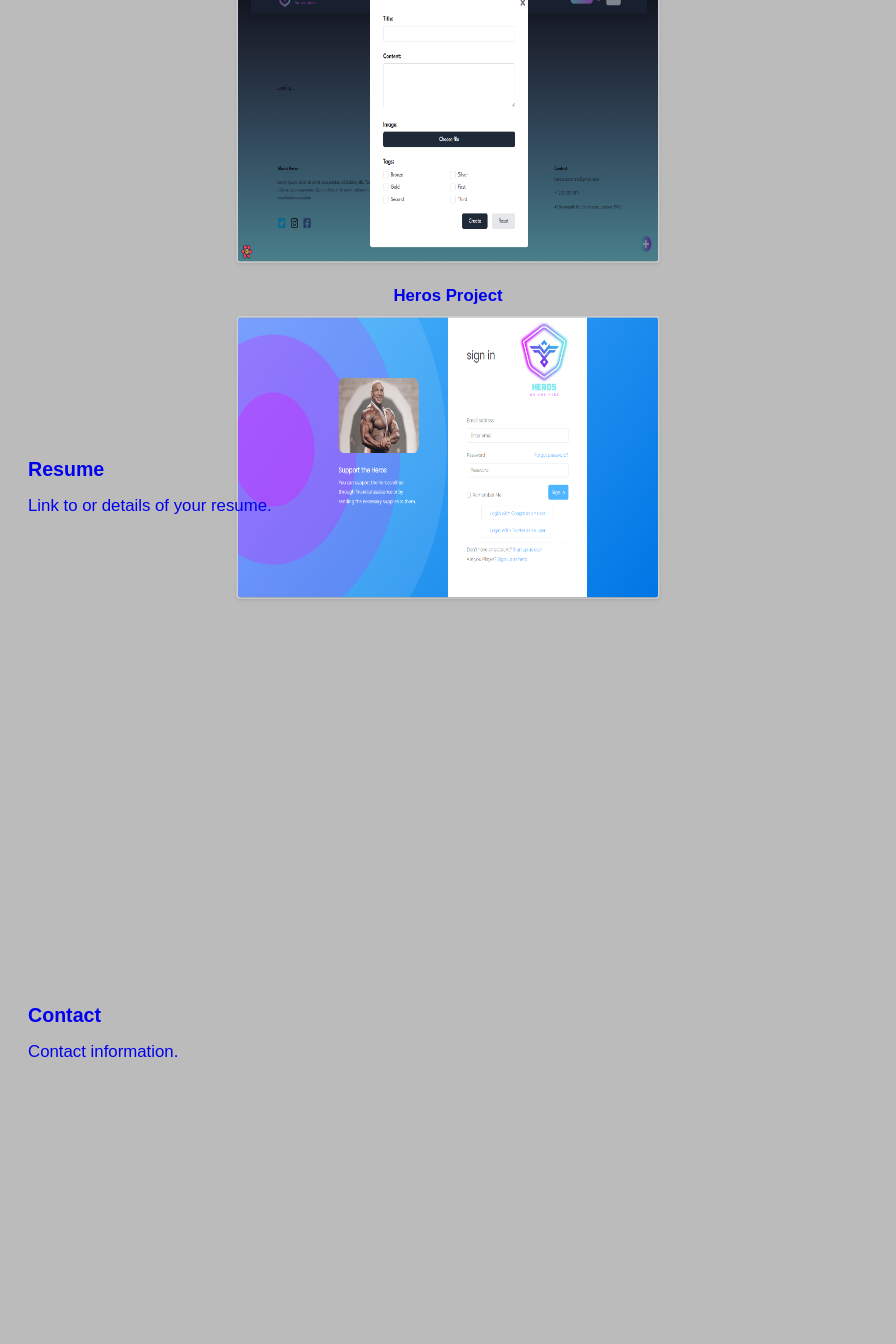
Repository: Salah-Wael/Salah-EL-Din-Portfolio
Page: index.html
These files come from the project's save history. The page is drawn as it stood at one moment and after a run of saves; the edit follows.
The browser window is 1280 px wide. The pictures show the part of the page from y = 1049 to 2969 px (the page is 3237 px tall), at 70% of full size.

Above is the page before, as saved 2024-07-13 05:50:04.

### index.html
<!DOCTYPE html>
<html lang="en">
<head>
  <meta charset="UTF-8">
  <meta name="viewport" content="width=device-width, initial-scale=1.0">
  <title>Salah EL-Din Portfolio</title>
  <link rel="stylesheet" href="./style.css">
  <script>
    document.addEventListener('DOMContentLoaded', (event) => {
      const images = [
        'img/projects/heros registration.png',
        'img/projects/heros create news.png',
        'img/projects/heros payment.png'
      ];

      let currentIndex = 0;
      const mainImage = document.getElementById('main-image');

      function swapImage() {
        currentIndex = (currentIndex + 1) % images.length;
        mainImage.src = images[currentIndex];
      }

      setInterval(swapImage, 3000); // Change image every 3 seconds
    });
  </script>
</head>
<body>
  <nav>
    <h1>Salah El-Din</h1>
    <ul>
      <li><a href="#about">About</a></li>
      <li><a href="#projects">Projects</a></li>
      <li><a href="#resume">Resume</a></li>
      <li><a href="#contact">Contact</a></li>
    </ul>
  </nav>
  <section id="about">
    <div class="about">
      <div>
        <h2>About Me</h2>
        <p>
          Hi there! 👋<br>
          My name is Salah EL-Din <br> I'm a <span>Back End Web Developer.</span>
          I'm a fresh graduate from the Computer Science and Artificial Intelligence Faculty. My main interest lies in back-end development using PHP and the Laravel framework. I also hold a certificate from the Information Technology Institute (ITI) in Back-end development using PHP and Laravel. I'm eager to gain practical experience in this field.
          To improve my skills, I actively participated in and presented at student activities.
          In October 2022, I joined to MSP Tech Club - Al Azhar and was accepted into the Back-End track, specializing in PHP and Laravel. I participated with them in the Back-end Development - Tri Era - MSP'23 as an instructor for the first session. In this session, I covered an introduction to front-end and back-end development as well as web hosting. Additionally, I explained some basics of PHP programming, such as (variables, data types, operators, arrays, strings, and conditions).
          In the following season, specifically in November 2023, I expanded my horizons by joining the MSP Flutter Committee. This new venture immersed me in the world of mobile applications, where I gained some information and experience about Dart and the Flutter framework. Concurrently, in December 2023, I became a member of the Google Developer Student Clubs (GDSC), further strengthening my front-end skills. With GDSC, I learned invaluable tricks and insights that have significantly enhanced my technical repertoire.
          Currently, I am looking for a job for 6 months before I apply for military service in January.
        </p>
      </div>
      <div>
        <img src="./img/Salah EL-Din Wael2.jpg" alt="Salah EL-Din">
      </div>
    </div>
  </section>
  <section id="projects">
    <!-- <h2>Projects</h2> -->

    <!-- <div class="projects-container"> -->
      <!-- <div class="project">
        <a href="https://sala7.great-site.net/" target="_blank">
          <img src="img/projects/ecommerce home.png" alt="Sala7 E_commerce">
          <img src="img/projects/products.png" alt="Sala7 E_commerce">
          <p>E_commerce Project</p>
        </a>
      </div>
      <div class="project">
        <a href="https://heros.rf.gd/" target="_blank">
          <img src="img/projects/heros registration.png" alt="heros login">
          <img src="img/projects/heros create news.png" alt="heros create news">
          <img src="img/projects/heros payment.png" alt="heros payment">
          <p>Heros Project</p>
        </a>
      </div> -->



      <!-- <h2>Projects</h2>
    <div class="projects-container">
      <div class="project">
        <h3>Heros Project</h3>
        <div class="image-display">
          <img id="main-image" src="img/projects/heros registration.png" alt="heros registration">
        </div>
        <div class="thumbnails">
          <img src="img/projects/heros registration.png" alt="heros registration" onclick="swapImage('img/projects/heros registration.png')">
          <img src="img/projects/heros create news.png" alt="heros create news" onclick="swapImage('img/projects/heros create news.png')">
          <img src="img/projects/heros payment.png" alt="heros payment" onclick="swapImage('img/projects/heros payment.png')">
        </div>
      </div>
    </div>
    </div> -->



    <h2>Projects</h2>
    <div class="projects-container">
      <a href="https://sala7.great-site.net/" target="_blank">
      <div class="project">
        <h2>Heros Project</h2>
        <div class="image-display">
          <img id="main-image" src="img/projects/heros registration.png" alt="heros registration">
        </div>
      </div>
    </div>
    <div class="projects-container">
      <div class="project">
        <h2>Heros Project</h2>
        <div class="image-display">
          <img id="main-image" src="img/projects/heros registration.png" alt="heros registration">
        </div>
      </div>
    </div>
  </section>
  <section id="resume">
    <h2>Resume</h2>
    <p>Link to or details of your resume.</p>
  </section>
  <section id="contact">
    <h2>Contact</h2>
    <p>Contact information.</p>
  </section>
</body>
</html>

### style.css
/* Reset some basic styles */
body, h1, h2, p, ul, li, a {
  margin: 0;
  padding: 0;
  list-style: none;
  text-decoration: none;
  font-family: Arial, sans-serif;
}

/* General body styling */
body {
  font-family: Arial, sans-serif;
  line-height: 1.6;
  background-color: #bbb;
}

/* Styling for navigation bar */
nav {
  background-color: #333;
  color: white;
  display: flex;
  justify-content: space-between;
  align-items: center;
  padding: 10px 20px;
}

nav h1 {
  font-size: 24px;
}

nav ul {
  display: flex;
  justify-content: center;
  width: 90%;
  gap: 15px;
}

nav ul li {
  list-style: none;
}

nav ul li a {
  color: white;
  text-decoration: none;
  padding: 5px 10px;
}

nav ul li a:hover {
  background-color: #575757;
  border-radius: 5px;
}

/* Section styling */
section {
  padding: 20px;
  margin: 20px;
  /* width: 100%; */
  height: 100vh;
}

section h2 {
  font-size: 28px;
  margin-bottom: 10px;
}

section p {
  font-size: 24px;
}

.about{
  display: flex;
  justify-content: space-between;
  align-items: center;
  margin: 20px;

}

.about div p{
  width: 75%;
  font-size: 20px;
  text-align: justify;
}
.about div img{
  width: 300px;
  height: 300px;
  border-radius: 50%;
}

/* Projects section styling */
.projects-container {
  display: flex;
  gap: 20px;
  flex-wrap: wrap;
  justify-content: center;
}

.project {
  text-align: center;
}

.project h2 {
  font-size: 24px;
  margin-bottom: 10px;
}

.image-display {
  margin-bottom: 20px;
}

.image-display img {
  width: 600px;
  height: 400px;
  border: 2px solid #ccc;
  border-radius: 5px;
  box-shadow: 0 2px 5px rgba(0, 0, 0, 0.1);
}

After the next 2 saves:
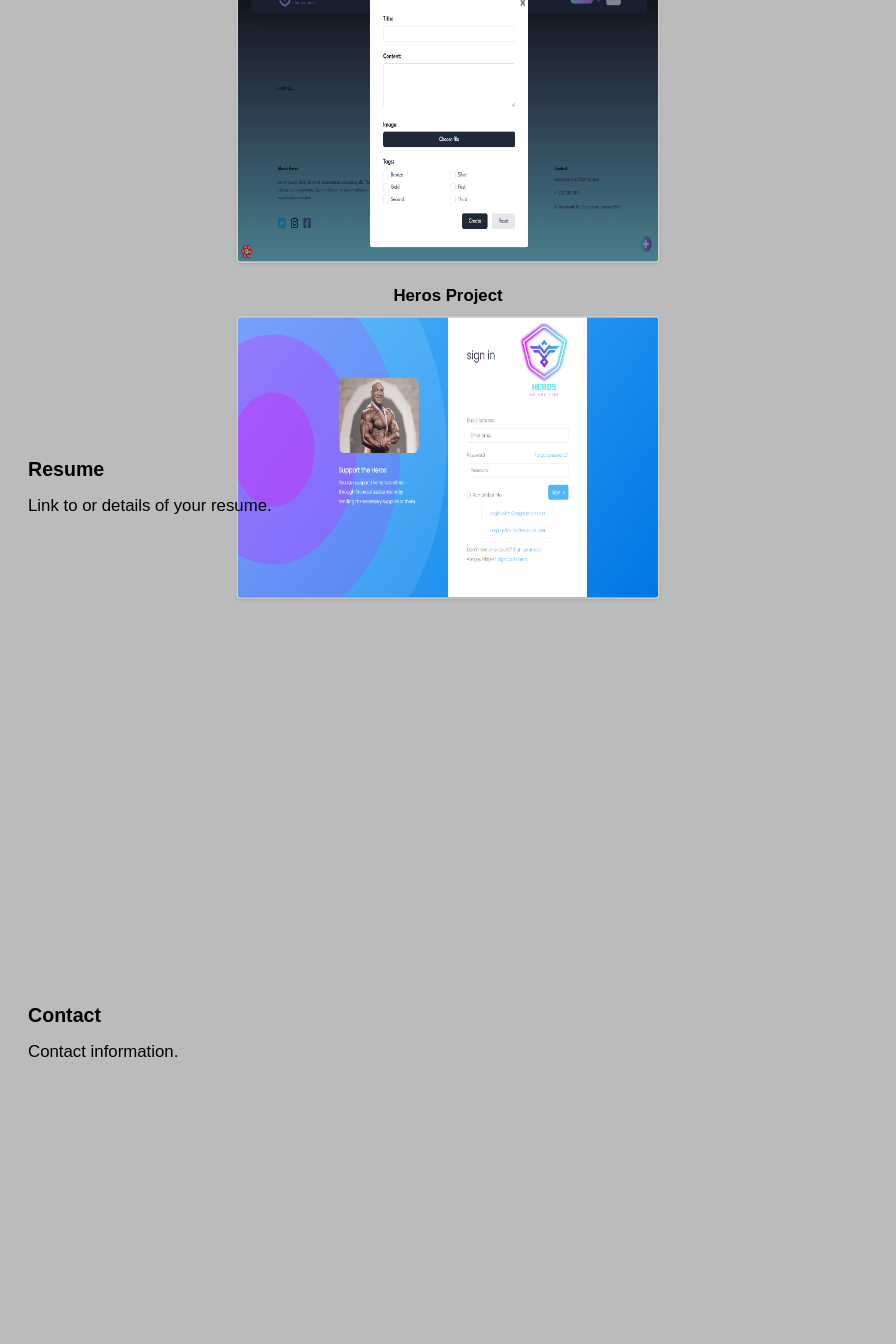
The 2 saves are shown as one change because they came seconds apart.
The last was saved 13 s later.
--- a/index.html
+++ b/index.html
@@ -103,6 +103,7 @@
           <img id="main-image" src="img/projects/heros registration.png" alt="heros registration">
         </div>
       </div>
+      </a>
     </div>
     <div class="projects-container">
       <div class="project">

After the 5 saves that followed:
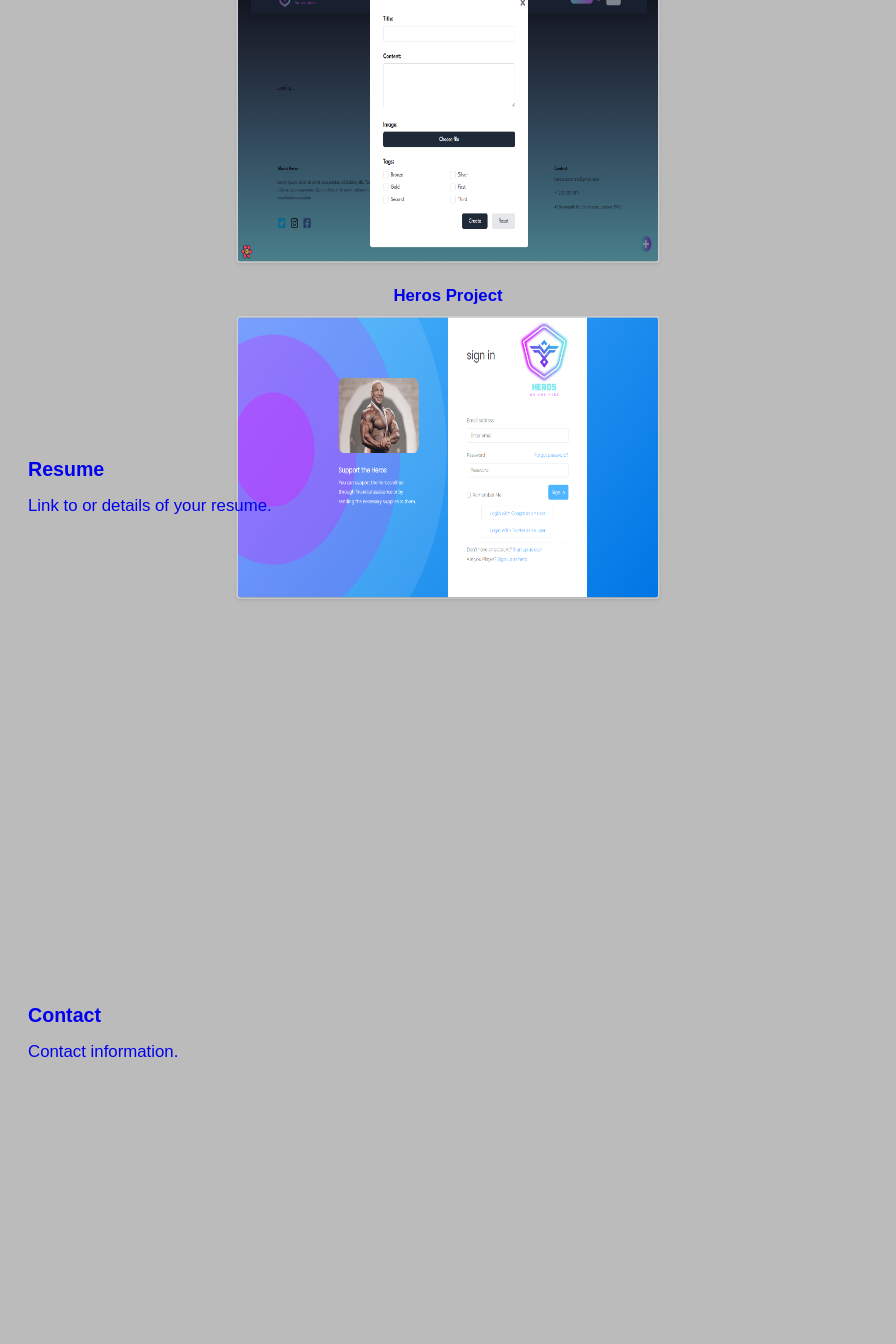
The 5 saves are shown as one change because 2 left the picture as it was and some came seconds apart.
The last was saved 24 s later.
--- a/index.html
+++ b/index.html
@@ -97,15 +97,16 @@
     <h2>Projects</h2>
     <div class="projects-container">
       <a href="https://sala7.great-site.net/" target="_blank">
-      <div class="project">
-        <h2>Heros Project</h2>
-        <div class="image-display">
-          <img id="main-image" src="img/projects/heros registration.png" alt="heros registration">
+        <div class="project">
+          <h2>Heros Project</h2>
+          <div class="image-display">
+            <img id="main-image" src="img/projects/heros registration.png" alt="heros registration">
+          </div>
         </div>
-      </div>
       </a>
     </div>
     <div class="projects-container">
+      <a href="https://sala7.great-site.net/" target="_blank">
       <div class="project">
         <h2>Heros Project</h2>
         <div class="image-display">
